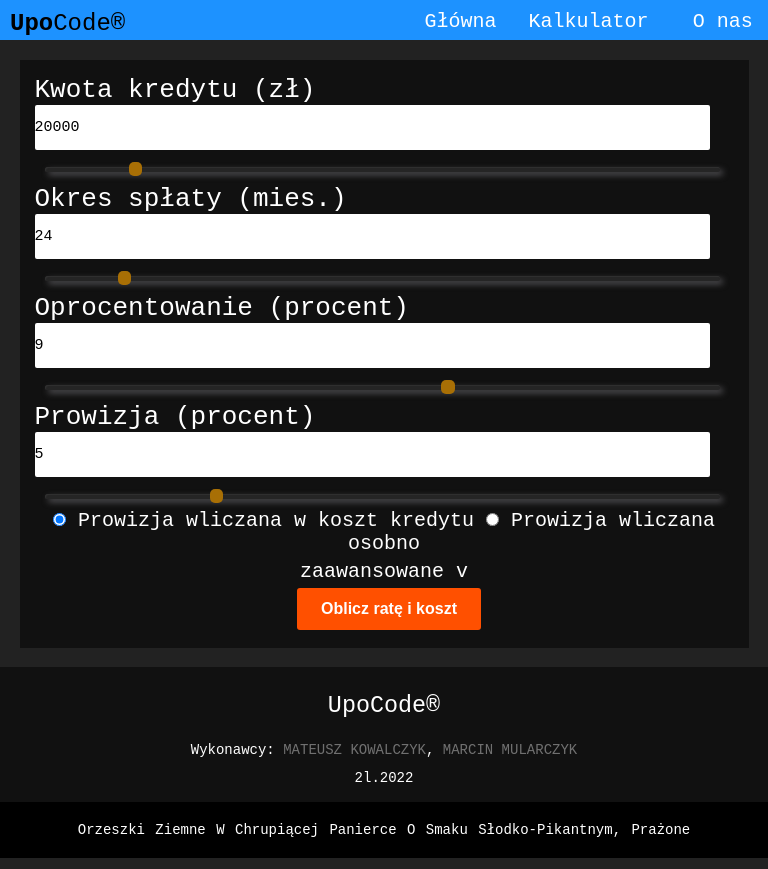
Repository: Klemingway/egzamin
Page: kalkulator.html
These files come from the project's save history. The page is drawn as it stood at one moment and after the next save; the edit follows.
The browser window is 768 px wide. The pictures show the whole page.

Above is the page before, as saved 2023-01-25 11:59:32.

### kalkulator.html
<!DOCTYPE html>
<html lang="pl">

<head>
    <meta charset="UTF-8">
    <meta http-equiv="X-UA-Compatible" content="IE=edge">
    <meta name="viewport" content="width=device-width, initial-scale=1.0">
    <link rel="stylesheet" href="style/styl.css">
    <link rel="shortcut icon" href="img/ikonna.png" type="image/x-icon">
    <script src="js/script.js"></script>
    <title>Bankowy</title>
</head>
<header>

    <div id="hod">
        <a style="text-decoration: none;color: white;" href="index.html">Główna</a>
        <a style="text-decoration: none;color: white;" href="kalkulator.html">Kalkulator</a> &puncsp;
        <div id="hod1"><a style="text-decoration: none; color: white;" href="bl.html">O nas</a></div>
    </div>
    <div id="hzd">
        <b>Upo</b>Code®
    </div>
</header>

<div id="gl">

    <div id="d1" class="d">
        Kwota kredytu (zł)
        <input type="text" name="kwota" pattern="[0-9]" id="kwota" class="wej" value="20000" onchange="document.getElementById('r1').value = this.value/1000"><br>
        <input type="range" min="1" max="150" value="20" id="r1" class="slider" oninput="document.getElementById('kwota').value = this.value*1000; ">
    </div>

    <div id="d2" class="d">
        Okres spłaty (mies.)
        <input type="text" name="splata" pattern="[0-9]" id="splata" class="wej" value="24" onchange="document.getElementById('r2').value = this.value"><br>
        <input type="range" min="12" max="120" value="24" id="r2" class="slider" oninput="document.getElementById('splata').value = this.value;">
    </div>


    <div id="d3" class="d">
        Oprocentowanie (procent)
        <input type="text" name="splata" pattern="[0-9]" id="oproc" class="wej" value="9" onchange="document.getElementById('r3').value = this.value*100"><br>
        <input type="range" min="1" max="1500" value="900" id="r3" class="slider" oninput="document.getElementById('oproc').value = this.value/100;">
    </div>

    <div id="d4" class="d">
        Prowizja (procent)
        <input type="text" name="prowiz" pattern="[0-9]" id="prowiz" class="wej" value="5" onchange="document.getElementById('r4').value = this.value"><br>
        <input type="range" min="0" max="20" value="5" id="r4" class="slider" oninput="document.getElementById('prowiz').value = this.value;">
    </div>

    <div id="d5">
        <label>
        <input type="radio" checked name="choice" value="wariant1" class="radio"> Prowizja wliczana w koszt kredytu
        </label>
        <label>
            <input type="radio" name="choice" value="wariant2" class="radio">
            Prowizja wliczana osobno
        </label>
    </div>
    <div id="d6">
        <a onclick="zaawansowane()" style="margin-bottom: 100px;">zaawansowane v</a>
    </div>
    <div id="d7">
        <input type="button" id="guzik" value="Oblicz ratę i koszt" onclick="test()">
    </div>
</div>
<!-- <div id="wyniki">

</div> -->



<footer>
    <div id="zawfoot">
        <h3>UpoCode®</h3>
        <p>Wykonawcy: <span>Mateusz Kowalczyk</span>, <span>Marcin Mularczyk</span><br>2l.2022</p>

    </div>
    <div class="dol">
        <p>Orzeszki ziemne w chrupiącej panierce o smaku słodko-pikantnym, prażone

        </p>
    </div>
</footer>

</body>

</html>

### style/styl.css
html,
body {
    padding: 0;
    margin: 0;
    font-family: monospace;
    background-color: #222222;
    overflow-x: hidden;
    min-height: 100%;
}

body::-webkit-scrollbar {
    width: 0.6em;
}

body::-webkit-scrollbar-track {
    -webkit-box-shadow: inset 0 0 6px rgba(0, 0, 0, 0.3);
}

body::-webkit-scrollbar-thumb {
    background-color: rgb(255, 136, 0);
}

body::-webkit-scrollbar-thumb:hover {
    background: rgba(255, 136, 0, 0.582);
}


/* header */

header {
    z-index: 5;
    text-decoration: none;
    padding-top: 0.5em;
    position: sticky;
    top: 0;
    height: 5vh;
    background-color: #1d92ff;
    width: 100vw;
    font-size: 20px;
}

#hzd {
    font-size: 1.2em;
    padding-left: 10px;
    background-color: #1d92ff;
}

#hod {
    float: right;
    word-spacing: 20px;
    margin-right: 2vw;
}

#hod1 {
    float: right;
    word-spacing: 0px;
}

#fw {
    position: relative;
    margin-top: 20px;
}


/* koniec headera */

#gl {
    padding-top: 1.5em;
    padding-left: 2em;
    padding-bottom: 2em;
    justify-content: center;
    background-color: #111111;
    color: white;
    margin: 1.5em;
    min-height: 20vh;
}


/* #d1 {
    background-color: aqua;
}

#d2 {
    background-color: brown;
}

#d3 {
    background-color: olive;
}

#d4 {
    background-color: orangered;
} */

#gll {
    background-color: #ff5000;
    width: 100%;
    height: auto;
    border: #ff5000 1px solid;
}

#d5 {
    font-size: 20px;
    padding-top: 5px;
    width: 100%;
    text-align: center;
    /* background-color: gold; */
}

#d6 {
    font-size: 20px;
    padding-top: 5px;
    width: 100%;
    text-align: center;
    /* background-color: rgb(0, 255, 115); */
}

#d7 {
    margin: 5px;
    display: flex;
    width: 100%;
    justify-content: center;
}

.d {
    word-wrap: break-word;
    font-size: 2em;
    padding: 2px;
    width: 50%;
    float: left;
    min-height: 13vh;
    padding-right: 4em;
}

#wyniki {
    min-height: 25em;
    margin-bottom: 3em;
}


/* wejscia wyjscia */

.wej {
    float: right;
    border-radius: 2px;
    outline: none;
    border: none;
    font-family: monospace;
    height: 3em;
    width: 9em;
    font-size: 15px;
}

.slider {
    margin: 10px;
    -webkit-appearance: none;
    outline: none;
    border-radius: 3px;
    height: 0.6vh;
    width: 21vw;
    background-color: rgb(37, 37, 37);
    box-shadow: 3px 3px 6px rgb(89, 88, 92), inset 1px 1px 1px #313131;
}

.slider::-webkit-slider-thumb {
    -webkit-appearance: none;
    width: 1em;
    height: 1em;
    cursor: pointer;
    background-color: rgb(168, 111, 5);
    overflow: visible;
    border-radius: 5px;
}

#guzik {
    display: inline-block;
    outline: none;
    cursor: pointer;
    font-weight: 600;
    border-radius: 3px;
    padding: 12px 24px;
    border: 0;
    color: #fff;
    background: #ff5000;
    line-height: 1.15;
    font-size: 16px;
}

#guzik:hover {
    transition: all .1s ease;
    box-shadow: 0 0 0 0 #fff, 0 0 0 3px #1d92ff;
}


/* footer */

footer {
    position: absolute;
    bottom: 0;
    width: 100%;
    left: 0;
    right: 0;
    background: #111;
    height: auto;
    width: 100vW;
    font-family: monospace;
    padding-top: 20px;
    color: white;
}

#zawfoot {
    display: flex;
    align-items: center;
    justify-content: center;
    flex-direction: column;
    text-align: center;
}

#zawfoot h3 {
    font-size: 1.8rem;
    font-weight: 400;
    text-transform: capitalize;
    line-height: 3rem;
}

#zawfoot p {
    max-width: 500px;
    margin: 10px auto;
    line-height: 28px;
    font-size: 14px;
}

* {
    margin: 0;
    padding: 0;
    box-sizing: border-box;
}

.dol {
    background: #000;
    width: 100vw;
    padding: 20px 0;
    text-align: center;
}

.dol p {
    font-size: 14px;
    word-spacing: 2px;
    text-transform: capitalize;
}

#zawfoot span {
    text-transform: uppercase;
    opacity: .4;
    font-weight: 200;
}


/* koniec footera */

@media (max-width: 1000px) {
    .d {
        padding-right: 1em;
        width: 100%;
        padding-bottom: 0;
    }
    .slider {
        width: 100%;
    }
    .wej {
        width: 100%;
    }
    #gl {
        padding: 1em;
    }
    footer {
        position: relative;
    }
}

### js/script.js




function zaokrongl(variable) {
    return Math.round(variable * 100) / 100;
}
document.addEventListener('mouseup', function(e) {
    if(e.target.id == "dwd"){
        zamknij();
    }
    else if(e.target.id == "dwd2"){
        zamknij1();
    }
});
function tableCreate2(splata, k, oprocentowanie, kwota, rata, prowizja, kwota_dodana) {
    console.log("kwota: " + kwota);
    //tu sie dzieje magia sztańska i wgl ale no uwu
    var a = document.getElementById("wyniki2");
    // czyszczenie diva
    a.innerHTML = '';
    //ustawiamy sobie stałą
    const wyniki = document.a,
    // do tej stałej tworzymy element div
    div = document.createElement('div');
    // ustawiamy id diva jako tabela
    div.setAttribute("id", "tabela");
    //tworzymy tabele
    tbl = document.createElement('table');
    // dopisujemy tabele do diva
    div.appendChild(tbl);
    tbl.style.width = '110px';
    tbl.style.border = '1px solid black';

    var odsetki = 0,   suma_odsetek = 0,    suma = 0;
    var kapital = 0,   suma = 0,            kwota_kredytu=0;

    var element1 = document.getElementById('advanced2');
    var choice2 = document.getElementsByName('choice2');
    if(element1!==null && choice2[1].checked==true){
        kwota_kredytu= kwota - kwota_dodana;
        console.log("kwota+kredytu: " + kwota_kredytu)
    }
    else{
        kwota_kredytu = kwota;
        console.log("kwota+kredytu: " + kwota_kredytu)
    }
    // prosta pętla myśle że nic nie trzeba tłumaczyć
    loop1:
    for (let i = 0; i <= splata; i++) {
        const tr = tbl.insertRow();
        loop2:
        for (let j = 0; j < 4; j++) {
            odsetki = (oprocentowanie / k) * kwota_kredytu;


            kapital = rata - odsetki;
            const td = tr.insertCell();
            if (i == 0 && j == 0) {
                td.appendChild(document.createTextNode("L.p."));
                td.style.fontSize = '20px';
            } else if (i == 0 && j == 1) {
                td.appendChild(document.createTextNode("Odsetki"));
                td.style.fontSize = '20px';
            } else if (i == 0 && j == 2) {
                td.appendChild(document.createTextNode("Kapitał"));
                td.style.fontSize = '20px';
            } else if (i == 0 && j == 3) {
                td.appendChild(document.createTextNode("Wysokość raty"));
                td.style.fontSize = '20px';
            }
            if (j == 0 && i != 0) {
                if(kapital>=rata){
                    break loop1;
                }
                td.appendChild(document.createTextNode(i));
            } else if (j == 1 && i != 0) {
                suma_odsetek += odsetki;
                td.appendChild(document.createTextNode(zaokrongl(odsetki)));
            } else if (j == 2 && i != 0) {
                kwota_kredytu -= kapital;
                td.appendChild(document.createTextNode(zaokrongl(kapital)));
            } else if (j == 3 && i != 0) {
                suma += rata;
                td.appendChild(document.createTextNode(rata));
            }
            td.style.border = '1px solid black';

        }
    }
    console.log("Suma: "+suma)
    console.log("Suma odsetek: "+suma_odsetek)
    a.appendChild(div);
}
function obliczanie(I,N,oprocentowanie,choice,n,zaplata,prowizja,suma,k,kwota_dodana){
    var choice2 = document.getElementsByName('choice2');

        // jeżeli wybrane żeby Prowizja wliczana w koszt kredytu to wtedy to się liczy
        if (choice[0].checked == true) {
            prowizja = (document.getElementById("prowiz").value) / 100;

            prowizja = prowizja * N;
            // doliczamy prowizję do kwoty kredytu
            N = N * 1 + prowizja;

            // jeżeli okres spłaty wynosi mniej niż 12 miesięcy to analogicznie w roku
            // zapłacimy równowartość tego okresu bo w roku mamy max 12 rat
            k = 12;
            if (n < 12) {
                k = n;
            }
            for (var i = 1; i <= n; i++) {
                // no to tutaj przepisany wzór z matematycznego na kodowanie
                suma += Math.pow((1 + (oprocentowanie / k)), -i);
            }
            // tutaj jest licznik podzielony przez mianownik
            I = N / suma;
            // mnożymy naszą ratę razy ilość rat aby otrzymać ile będziemy musieli oddać bankowi
            zaplata = I * n;
            console.log("N: " + N)

            tableCreate2(n, k, oprocentowanie, N, zaokrongl(I), prowizja,kwota_dodana)
            document.getElementById("wyniki").innerHTML = "Wysokość raty: " + zaokrongl(I) + "<br>" +
                "Całkowita kwota do spłaty: " + zaokrongl(zaplata);

        // jeżeli wybrane żeby Prowizja wliczana osobno to wtedy to się liczy
        } else if (choice[1].checked == true) {
            prowizja = (document.getElementById("prowiz").value) / 100;
            prowizja = prowizja * N;
            // jeżeli okres spłaty wynosi mniej niż 12 miesięcy to analogicznie w roku zapłacimy równowartość tego okresu bo w roku mamy max 12 rat
            k = 12;
            if (n < 12) {
                k = n;
            }
            for (var i = 1; i <= n; i++) {
                // no to tutaj przepisany wzór z matematycznego na kodowanie
                suma += Math.pow((1 + (oprocentowanie / k)), -i);
            }
            // tutaj jest licznik podzielony przez mianownik
            I = N / suma;
            // mnożymy naszą ratę razy ilość rat aby otrzymać ile będziemy musieli oddać bankowi
            zaplata = I * n;
            // doliczamy prowizję po wszystkich obliczeniach
            zaplata = zaplata + prowizja;
            console.log("N: " + N)
            tableCreate2(n, k, oprocentowanie, N, zaokrongl(I), prowizja,kwota_dodana)
            document.getElementById("wyniki").innerHTML = "Wysokość raty: " + zaokrongl(I) + "<br>" +
                "Całkowita kwota do spłaty: " + zaokrongl(zaplata);
        }
        else{
            console.log("wda")
        }
        document.getElementById("dwd").style.backdropFilter = "blur(7px)";
        document.getElementById("wyniki").innerHTML += "<br><input type=\"button\" id='guzior1' onclick=\"pokaz()\" value=\"pokaż harmonogram rat\">";

}
function test() {
    document.getElementById("wyniki").style.visibility = "visible"; // a to to nwm pan mularczyk robił
    var I, N, oprocentowanie, k, n, suma = 0, zaplata, prowizja = 0;

    N = document.getElementById("kwota").value; // kwota kredytu
    oprocentowanie = document.getElementById("oproc").value/100; // oprocentowanie kredytu
    n = document.getElementById("splata").value; // okres splaty

    var choice = document.getElementsByName('choice');

    //////////////////////////////////////
    //                                  //
    // sprawdzenie czy jest rozwinięte  //
    //                                  //
    //////////////////////////////////////

    var element1 = document.getElementById('advanced2');
    var element2 = document.getElementById('advanced2');
    if(element1 !== null  && element2 !== null){
        var kwota_dodana = document.getElementById("kwotaDodana").value;
        var choice2 = document.getElementsByName('choice2'); // zaawansowane
        if(choice2[0].checked == true){
            console.log(kwota_dodana + "  " + "tyle samo rat ale mniejsza cena")
            //////////////////////////////////////////
            //                                      //
            //    tyle samo rat ale mniejsza cena   //
            //                                      //
            //////////////////////////////////////////
            N -= kwota_dodana;
            console.log("Nigger: " + N)
            obliczanie(I,N,oprocentowanie,choice,n,zaplata,prowizja,suma,k,kwota_dodana);

        }
        if(choice2[1].checked == true){
            console.log(kwota_dodana + "  " + "Mniej rat, po tej samej cenie raty")
            //////////////////////////////////////////
            //                                      //
            //  Mniej rat, po tej samej cenie raty  //
            //                                      //
            //////////////////////////////////////////


            obliczanie(I,N,oprocentowanie,choice,n,zaplata,prowizja,suma,k,kwota_dodana);
        }


    }
    else{
        obliczanie(I,N,oprocentowanie,choice,n,zaplata,prowizja,suma,k);
    }

}

function pokaz() {
    document.getElementById("dwd").style.visibility = "visible";
}

function zamknij() {
    document.getElementById("dwd").style.visibility = "hidden";
}
function pokaz1() {
    document.getElementById("dwd2").style.backdropFilter = "blur(7px)";
    document.getElementById("dwd2").style.visibility = "visible";
}

function zamknij1() {
    document.getElementById("dwd2").style.visibility = "hidden";
}

function zaawansowane(){
    var element = document.getElementById('advanced2');
    if(element === null){
        var a = document.getElementById("tabelka");
        const wyniki = document.a,
        /////////////////////////////////////////
        //                                     //
        //          input text kwata           //
        //                                     //
        /////////////////////////////////////////
        trA = document.createElement('tr');
        trA.setAttribute("id","advancedText");
        trA.setAttribute('style','position:relative; padding-top:200px; height:40px;')


        tdA = document.createElement('td');
        tdB = document.createElement('td');

        inputA = document.createElement('input');
        inputA.setAttribute('type','text');
        inputA.setAttribute('id','kwotaDodana');

        tdA.innerHTML += "Kwota dołożona";
        tdB.appendChild(inputA);
        trA.appendChild(tdA);
        trA.appendChild(tdB);
        a.appendChild(trA);

        tdA = document.createElement('td');
        tdB = document.createElement('td');

        inputA = document.createElement('input');
        inputA.setAttribute('type','text');
        inputA.setAttribute('id','ubezpieczenie');

        tdA.innerHTML += "Ubezpieczenie";
        tdB.appendChild(inputA);
        trA.appendChild(tdA);
        trA.appendChild(tdB);

        //a.appendChild(trB);
        a.appendChild(trA);

        /////////////////////////////////////////
        //                                     //
        //            inputy radio             //
        //                                     //
        /////////////////////////////////////////

        tr2 = document.createElement('tr');
        tr2.setAttribute("id", "advanced2");
        td1 = document.createElement('td');
        td1.setAttribute("colspan", "2");
        td1.setAttribute('style','text-align:center;');
        //style="text-align: center;"
        br = document.createElement('br');

        label1 = document.createElement('label');
        input1 = document.createElement('input');
        input1.setAttribute('type','radio');
        input1.setAttribute('name','choice2');
        input1.setAttribute('class','radio');
        input1.setAttribute('value','rat_mniej');

        label1.appendChild(input1);
        label1.innerHTML += ' Raty pozostają takie same, ale mniej';

        td2 = document.createElement('td');
        td2.setAttribute("colspan", "2");
        td2.setAttribute('style','text-align:center;');
        label2 = document.createElement('label');
        input2 = document.createElement('input');
        input2.setAttribute('type','radio');
        input2.setAttribute('name','choice2');
        input2.setAttribute('class','radio');
        input2.setAttribute('value','rat_tyle_samo');


        label2.appendChild(input2);
        label2.innerHTML += ' Mniejsza rata na taki sam okres czasu';


        td1.appendChild(br);
        td1.appendChild(label1);

        td2.appendChild(br);
        td2.appendChild(label2);

        tr2.appendChild(td2);
        tr2.appendChild(td1);

        a.appendChild(tr2);

        clicked = false;
    }
    else{
        var elem = document.getElementById("advanced2");
        elem.parentNode.removeChild(elem);
        elem = document.getElementById("advancedText");
        elem.parentNode.removeChild(elem);
    }
}

After the next save:
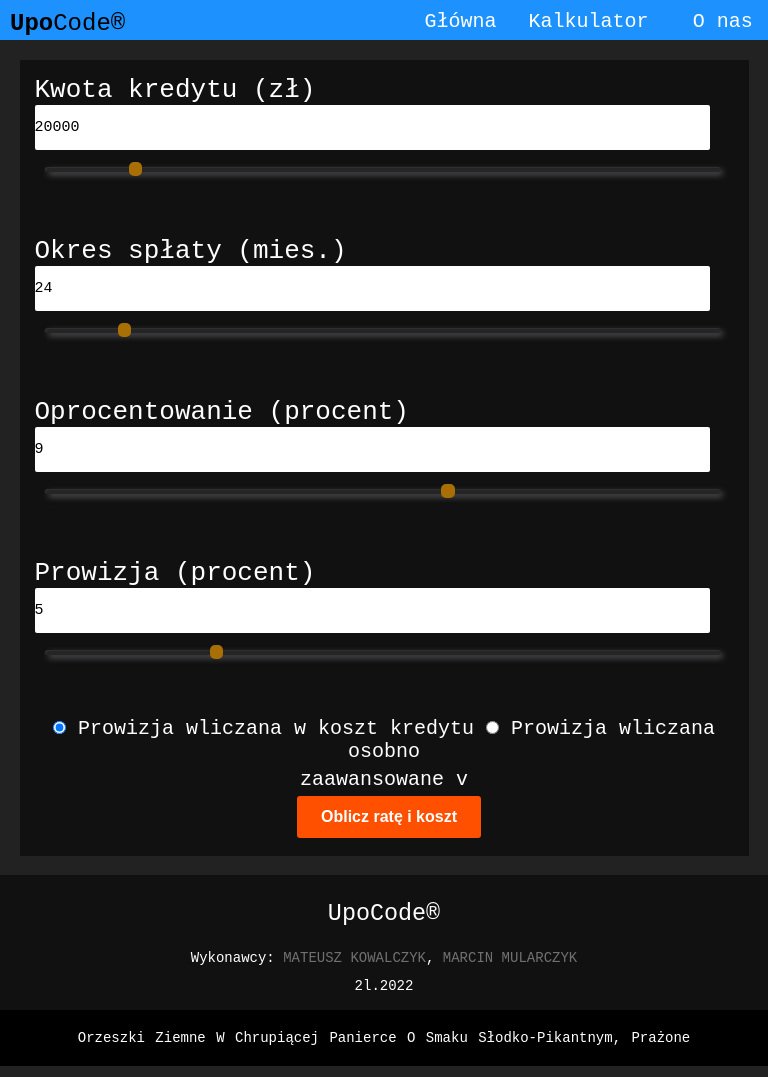
Saved 9 s later.
--- a/style/styl.css
+++ b/style/styl.css
@@ -263,6 +263,7 @@ footer {
         padding-right: 1em;
         width: 100%;
         padding-bottom: 0;
+        margin-bottom: 2em;
     }
     .slider {
         width: 100%;
